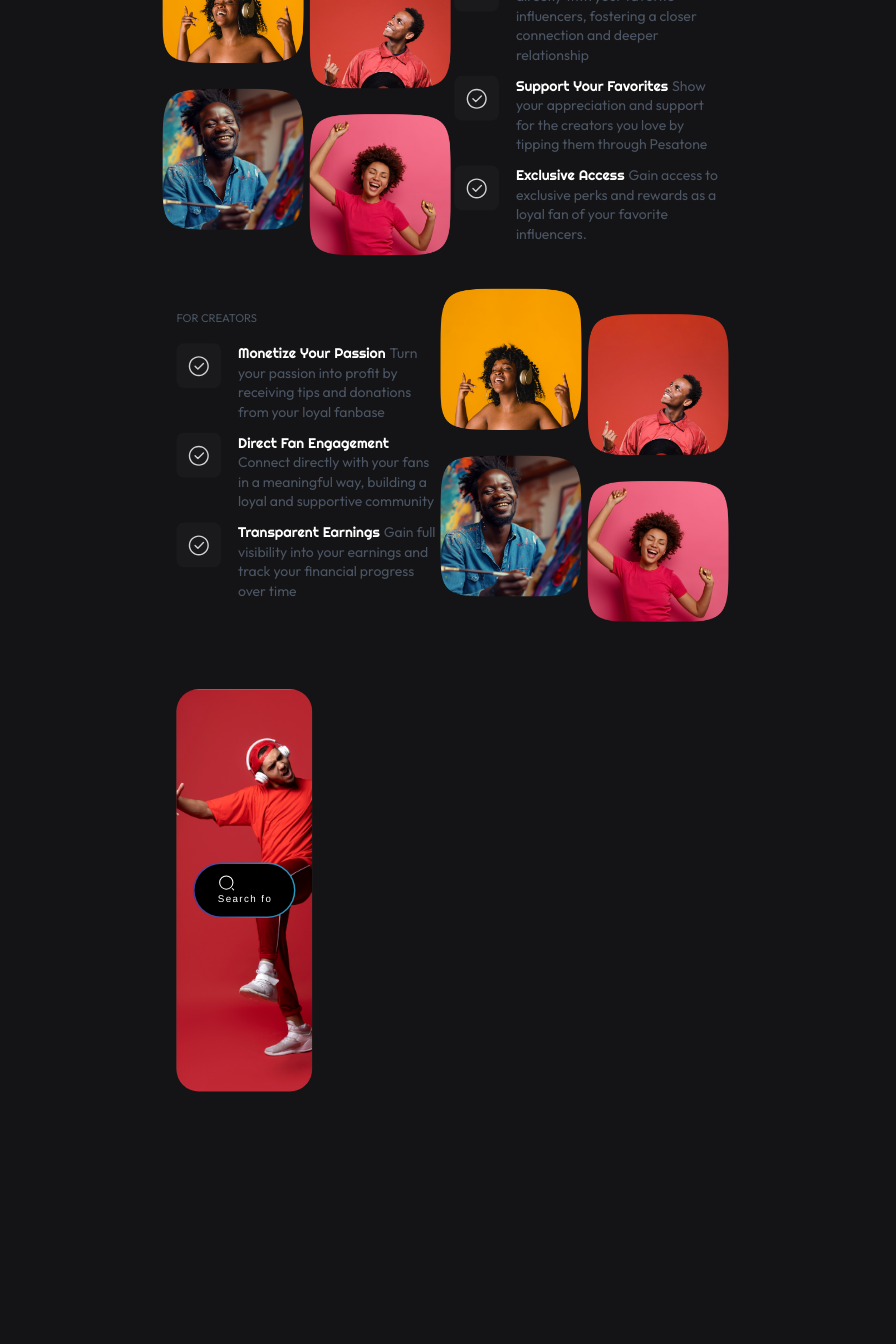
Repository: felixdusengimana/capstone-project-mirror
Page: / (app in frontend/)
These files come from the project's save history. The page is drawn as it stood at one moment and after the next save; the edit follows.
The browser window is 1280 px wide. The pictures show the part of the page from y = 2035 to 3955 px (the page is 3955 px tall), at 70% of full size.
The project was rebuilt for these pictures with package versions that can differ from the ones it lists, and the page was loaded fresh each time. The framework's server and built-in components were replaced by stand-ins that run in the browser. Also part of the build but not shown: frontend/next.config.mjs.

Above is the page before, as saved 2024-03-11 16:33:03.

### frontend/app/layout.tsx
import type { Metadata } from "next";
import { Righteous, Outfit } from "next/font/google";
import "./globals.css";

const outfit = Outfit({ subsets: ["latin"], variable: "--font-outfit" });
const righteous = Righteous({
  subsets: ["latin"],
  variable: "--font-righteous",
  weight: "400",
});

export const metadata: Metadata = {
  title: "Pesatone - Search and gift your favorite creators",
  description:
    "A place where fans show gratitude to the African content creators they love!",
};

export default function RootLayout({
  children,
}: Readonly<{
  children: React.ReactNode;
}>) {
  return (
    <html lang="en">
      <body className={`${outfit.variable} ${righteous.variable} font-sans`}>
        {children}
      </body>
    </html>
  );
}

### frontend/app/page.tsx
import Avatar from "@/components/atoms/Avatar";
import Headline from "@/components/atoms/Headline";
import Card from "@/components/molecules/Card";
import CardIcon from "@/components/molecules/CardIcon";
import Search from "@/components/molecules/Search";
import SmallCard from "@/components/molecules/SmallCard";
import Intro from "@/components/organisms/Intro";
import Navbar from "@/components/organisms/Navbar";
import Image from "next/image";
import React from "react";

export default function page() {
  return (
    <div className="py-[73px]">
      <Navbar />
      <Intro />
      <section className="mt-24 page-padding">
        <div className="max-w-[503px] mx-auto text-center">
          <h5 className="uppercase text-gray-600 mb-4">features</h5>
          <Headline className="text-4xl text-center">
            Unleash Your Influence with Our Exclusive Features
          </Headline>
        </div>
        <div className="grid grid-cols-3 gap-[18px] mt-12">
          <Card title="Secure Transactions" icon="secure">
            Pesatone employs advanced encryption for secure transactions,
            safeguarding you and your fans
          </Card>
          <Card title="Direct Engagement" icon="fast">
            Connect instantly with followers through Pesatone&apos;s
            user-friendly interface, fostering community and stronger
            relationships
          </Card>
          <Card title="Transparent Earnings" icon="dollar">
            Gain clear insight into earnings with Pesatone, easily tracking tips
            and donations for effective financial management
          </Card>
        </div>
      </section>

      <section className="mt-24 page-padding">
        <div className="max-w-[543px] mx-auto text-center">
          <h5 className="uppercase text-gray-600 mb-4">BENEFITS</h5>
          <Headline className="text-4xl text-center">
            Experience the Benefits: Pesatone for Fans and Creators
          </Headline>
        </div>
        <div className="grid grid-cols-2 gap-[18px] mt-12">
          <div className="grid grid-cols-2 w-fit">
            <Avatar
              alt="Profile 1"
              src="/profiles/profile4.png"
              size="2xl"
              circle={false}
              className="ml-[-20px]"
            />
            <Avatar
              alt="Profile 2"
              src={"/profiles/profile3.png"}
              size="2xl"
              circle={false}
              className="mt-[36px]"
            />
            <Avatar
              alt="Profile 3"
              src={"/profiles/profile2.png"}
              size="2xl"
              circle={false}
              className="ml-[-20px]"
            />
            <Avatar
              alt="Profile 4"
              src={"/profiles/profile1.png"}
              size="2xl"
              circle={false}
              className="mt-[36px]"
            />
          </div>
          <div className="flex flex-col justify-center">
            <h5 className="uppercase text-gray-600 mb-6">For Fans</h5>
            <div className="flex flex-col gap-4">
              <SmallCard icon="check" title="Direct Interaction">
                Engage directly with your favorite influencers, fostering a
                closer connection and deeper relationship
              </SmallCard>
              <SmallCard icon="check" title="Support Your Favorites">
                Show your appreciation and support for the creators you love by
                tipping them through Pesatone
              </SmallCard>
              <SmallCard icon="check" title="Exclusive Access ">
                Gain access to exclusive perks and rewards as a loyal fan of
                your favorite influencers.
              </SmallCard>
            </div>
          </div>
        </div>

        <div className="grid grid-cols-2 gap-[18px]  mt-12">
          <div className="flex flex-col justify-center">
            <h5 className="uppercase text-gray-600 mb-6">For creators</h5>
            <div className="flex flex-col gap-4">
              <SmallCard icon="check" title="Monetize Your Passion">
                Turn your passion into profit by receiving tips and donations
                from your loyal fanbase
              </SmallCard>
              <SmallCard icon="check" title="Direct Fan Engagement">
                Connect directly with your fans in a meaningful way, building a
                loyal and supportive community
              </SmallCard>
              <SmallCard icon="check" title="Transparent Earnings">
                Gain full visibility into your earnings and track your financial
                progress over time
              </SmallCard>
            </div>
          </div>
          <div className="grid grid-cols-2 ml-auto w-fit">
            <Avatar
              alt="Profile 1"
              src="/profiles/profile4.png"
              size="2xl"
              circle={false}
              className="ml-[-20px]"
            />
            <Avatar
              alt="Profile 2"
              src={"/profiles/profile3.png"}
              size="2xl"
              circle={false}
              className="mt-[36px]"
            />
            <Avatar
              alt="Profile 3"
              src={"/profiles/profile2.png"}
              size="2xl"
              circle={false}
              className="ml-[-20px]"
            />
            <Avatar
              alt="Profile 4"
              src={"/profiles/profile1.png"}
              size="2xl"
              circle={false}
              className="mt-[36px]"
            />
          </div>
        </div>
      </section>

      <section className="mt-24 page-padding">
        <div className="grid grid-cols-4 grid-rows-3 min-h-[862px]">
          <div className="bg-[url('/creator-bg.png')] bg-cover bg-no-repeat row-span-2 bg-red-400 rounded-[32px] px-6 flex items-center justify-center">
            <Search className="button-border-gradient" />
          </div>
        </div>
      </section>
    </div>
  );
}

### frontend/app/globals.css
@tailwind base;
@tailwind components;
@tailwind utilities;

:root {
  --bg: #141416;
  --bg-hover: #232326;
  --secondary-color: #17171A;
  --foreground-rgb: 0, 0, 0;
  --background-start-rgb: 214, 219, 220;
  --background-end-rgb: 255, 255, 255;
}

@media (prefers-color-scheme: dark) {
  :root {
    --foreground-rgb: 255, 255, 255;
    --background-start-rgb: 0, 0, 0;
    --background-end-rgb: 0, 0, 0;
  }
}

body {
  background: var(--bg);
  color: rgb(var(--foreground-rgb));
}

@layer utilities {
  .text-balance {
    text-wrap: balance;
  }
}

.page-padding {
  padding: 0 252px;
}

.button-border-gradient {
  border: none;
  display: inline-block;
  border-radius: 99px;
  color: white;
  position: relative;
  z-index: 1;
  font-size: 14px;
  padding: 17px 35px;
  font-weight: 100;
  text-transform: uppercase;
  font-family: "Helvetica Neue", Helvetica, Arial, sans-serif;
  letter-spacing: 2px;
}

.button-border-gradient:before,
.button-border-gradient:after {
  content: ' ';
  position: absolute;
  border-radius: 99px;
}

.button-border-gradient:before {
  top: 0;
  left: 0;
  bottom: 0;
  right: 0;
  z-index: -2;
  background: #503b9a;
  background: -moz-linear-gradient(left, #503b9a 0%, #269cc1 100%);
  background: -webkit-gradient(linear, left top, right top, color-stop(0%, #503b9a), color-stop(100%, #269cc1));
  background: -webkit-linear-gradient(left, #503b9a 0%, #269cc1 100%);
  background: -o-linear-gradient(left, #503b9a 0%, #269cc1 100%);
  background: -ms-linear-gradient(left, #503b9a 0%, #269cc1 100%);
  background: linear-gradient(to right, #503b9a 0%, #269cc1 100%);
  filter: progid:DXImageTransform.Microsoft.gradient(startColorstr='#503b9a', endColorstr='#269cc1', GradientType=1);
}

.button-border-gradient:after {
  top: 2px;
  bottom: 2px;
  left: 2px;
  right: 2px;
  background-color: black;
  z-index: -1;
  opacity: 1;
  transition: all 0.6s ease-in-out;
}

.button-border-gradient:hover:after {
  opacity: 0;
}

### frontend/components/atoms/Avatar.tsx
/* eslint-disable @next/next/no-img-element */
import { ComponentProps } from "react";
import Icon from "./Icon";

interface AvatarProps extends ComponentProps<"div"> {
  src: string;
  alt?: string;
  size?: "sm" | "md" | "lg" | "xl" | "2xl";
  circle?: boolean;
  bordered?: boolean;
  fallBackText?: string;
}
export default function Avatar({ ...props }: AvatarProps) {
  const {
    src,
    alt,
    size = "sm",
    circle = true,
    fallBackText,
    bordered,
    ...rest
  } = props;

  const sizeClasses = {
    sm: "w-10 h-10",
    md: "w-12 h-12",
    lg: "w-16 h-16",
    xl: "w-[150px] h-[150px]",
    "2xl": "w-[202px] h-[202px]",
  };

  return (
    <div
      {...rest}
      className={`${src ? "bg-transparent" : "bg-gray-100"} ${
        circle ? "rounded-full" : "rounded"
      } ${bordered ? "border-2 border-white" : ""} ${sizeClasses[size]} ${
        rest.className
      } flex items-center justify-center overflow-hidden`}
    >
      {src ? (
        <img
          src={src}
          alt={alt}
          className={`w-full ${sizeClasses[size]} object-cover`}
        />
      ) : fallBackText ? (
        fallBackText
      ) : (
        <Icon name="user" />
      )}
    </div>
  );
}

### frontend/components/atoms/Headline.tsx
import { ComponentProps } from "react";

interface HeadlineProps extends ComponentProps<"h1"> {}

export default function Headline({ ...props }: HeadlineProps) {
  return (
    <div className={`font-mono text-white ${props.className}`}>
      {props.children}
    </div>
  );
}

### frontend/components/molecules/Card.tsx
import { ComponentProps } from "react";
import { IconNames } from "../atoms/Icon";
import Headline from "../atoms/Headline";
import CardIcon from "./CardIcon";

interface CardProps extends ComponentProps<"div"> {
  icon?: IconNames;
  title?: string;
}

export default function Card({ ...props }: CardProps) {
  const { icon, title, ...rest } = props;
  return (
    <div {...rest} className={`bg-[#171719] p-8 rounded-[23px]`}>
      {icon && <CardIcon icon={icon} />}
      <Headline className="text-2xl font-normal mt-6">{title}</Headline>
      <p
        className={`text-gray-600 font-normal text-xl mt-4 max-w-[333px] ${props.className}`}
      >
        {props.children}
      </p>
    </div>
  );
}

### frontend/components/molecules/Search.tsx
"use client";
import { ComponentProps, useEffect, useState } from "react";
import Icon from "../atoms/Icon";

interface SearchProps extends ComponentProps<"div"> {
  placeholder?: string;
  onSearch?: (query: string) => void;
  onClear?: () => void;
}
export default function Search({
  placeholder = "Search for creators",
  onSearch,
  onClear,
  ...props
}: SearchProps) {
  const [query, setQuery] = useState("");

  // return value after 300ms
  useEffect(
    () => {
      const timer = setTimeout(() => {
        onSearch?.(query);
      }, 300);
      return () => clearTimeout(timer);
    },
    // eslint-disable-next-line react-hooks/exhaustive-deps
    [query]
  );

  return (
    <div
      {...props}
      className={`flex bg-[#2C2C3033] px-5 py-4 gap-4 rounded-full ${props.className}`}
    >
      <Icon name="search" onClick={() => onSearch?.(query)} />
      <input
        disabled
        type="text"
        placeholder={placeholder}
        className="w-full text-white placeholder:text-white bg-transparent outline-none"
        onChange={(e) => setQuery(e.target.value)}
      />
    </div>
  );
}

### frontend/components/molecules/SmallCard.tsx
import { ComponentProps } from "react";
import { IconNames } from "../atoms/Icon";
import CardIcon from "./CardIcon";

interface SmallCardProps extends ComponentProps<"div"> {
  icon: IconNames;
  title: string;
}

export default function SmallCard({ ...props }: SmallCardProps) {
  return (
    <div className="flex gap-6">
      <CardIcon icon={props.icon} />
      <p className="text-gray-600 font-normal text-xl">
        <span className="text-white font-mono">{props.title} </span>
        {props.children}
      </p>
    </div>
  );
}

### frontend/components/organisms/Intro.tsx
"use client";

import Headline from "@/components/atoms/Headline";
import Search from "@/components/molecules/Search";
import DownloadApp from "../molecules/DownloadApp";

export default function Intro() {
  return (
    <div className="grid grid-cols-2 pl-[252px]">
      <div className="mt-40">
        <Headline className="text-[64px] leading-[79.47px]">
          Search and gift your favorite creators
        </Headline>
        <p className="text-xl text-gray-600 max-w-[535px] mt-5">
          A place where fans show gratitude to the African content creators they
          love!
        </p>
        <Search className="max-w-[502px] mt-10" />

        <p className="text-gray-600 mt-24 text-base">
          Trusted Users <br />
          Rated 4.5 by 700K+ Customers
        </p>
        <div className="flex gap-6 mt-6">
          <DownloadApp os="android" />
          <DownloadApp os="ios" className="px-[42px]" />
        </div>
      </div>
      <div className="h-full w-full">
        {/* eslint-disable-next-line @next/next/no-img-element */}
        <img src="./home-bg.png" alt="" className="w-full h-full" />
      </div>
    </div>
  );
}

### frontend/components/organisms/Navbar.tsx
import Image from "next/image";
import Button from "../atoms/Button";
import Link from "next/link";

export default function Navbar() {
  return (
    <div className="page-padding flex justify-between items-center">
      <Link href={"/"} className="flex  items-center gap-2">
        <Image
          src="/logo-white.png"
          alt="PESATONElogo"
          width={40}
          height={40}
        />
        <p className="text-sm">ESATONE</p>
      </Link>
      <div className="flex items-center gap-6">
        <Link href={"/login"}>
          <Button variant="secondary" className="px-12">
            Login
          </Button>
        </Link>
        <Link href={"/join"}>
          <Button variant="white" className="font-semibold">
            Sign up free
          </Button>
        </Link>
      </div>
    </div>
  );
}

### frontend/components/molecules/CardIcon.tsx
import React from "react";
import Icon, { IconNames } from "../atoms/Icon";

export default function CardIcon({ icon }: { icon: IconNames }) {
  return (
    <div className="w-16 min-w-[64px] h-16 rounded-[11px] bg-[#1A1A1C] flex items-center justify-center">
      <Icon name={icon} />
    </div>
  );
}

### frontend/components/molecules/DownloadApp.tsx
import { ComponentProps } from "react";
import Icon from "../atoms/Icon";

interface DownloadAppProps extends ComponentProps<"div"> {
  os: "android" | "ios";
}

export default function DownloadApp({ os, ...props }: DownloadAppProps) {
  return (
    <div
      {...props}
      className={`flex items-center gap-4 px-10 py-4 border border-[#202024] bg-[#202024] rounded-full cursor-pointer min-w-[202.09px]`}
    >
      <Icon name={os == "android" ? "google-play" : "apple-store"} />
      <div>
        <p className="text-[#DBDBDB] font-medium text-[10px]">
          {os == "android" ? "Get it On" : "Download on the"}
        </p>
        <h3 className="text-[#DBDBDB] font-bold text-sm">
          {os == "android" ? "Google Play" : "App Store"}
        </h3>
      </div>
    </div>
  );
}

### frontend/components/atoms/Button.tsx
import { ComponentProps } from "react";

interface ButtonProps extends ComponentProps<"button"> {
  variant?: "dark" | "white" | "blurred" | "secondary";
  size?: "sm" | "md" | "lg";
  bordered?: boolean;
}

export default function Button({ ...props }: ButtonProps) {
  const { variant = "dark", size = "md", bordered = false } = props;

  const variantClasses = {
    dark: "bg-black text-white",
    white: "bg-white text-black",
    secondary: "bg-secondary text-white",
    blurred: "bg-blurred text-white",
  };

  const sizeClasses = {
    sm: "px-2 py-1",
    md: "px-8 py-4",
    lg: "px-6 py-3",
  };

  const borderClasses = bordered ? "border border-black" : "";

  return (
    <button
      {...props}
      className={`text-xl font-normal rounded-full ${variantClasses[variant]} ${sizeClasses[size]} ${borderClasses} ${props.className}`}
    >
      {props.children}
    </button>
  );
}

### frontend/tailwind.config.ts
import type { Config } from "tailwindcss";

const config: Config = {
  content: [
    "./pages/**/*.{js,ts,jsx,tsx,mdx}",
    "./components/**/*.{js,ts,jsx,tsx,mdx}",
    "./app/**/*.{js,ts,jsx,tsx,mdx}",
  ],
  theme: {
    extend: {
      // backgroundImage: {
      //   "gradient-radial": "radial-gradient(var(--tw-gradient-stops))",
      //   "gradient-conic":
      //     "conic-gradient(from 180deg at 50% 50%, var(--tw-gradient-stops))",
      // },
      fontFamily: {
        sans: ["var(--font-outfit)"],
        mono: ["var(--font-righteous)"],
      },
      colors: {
        secondary: "var(--secondary-color)",
      },
    },
  },
  plugins: [],
};
export default config;

Loaded but not shown: frontend/components/atoms/Icon.tsx (241 lines, source omitted)

After the next save:
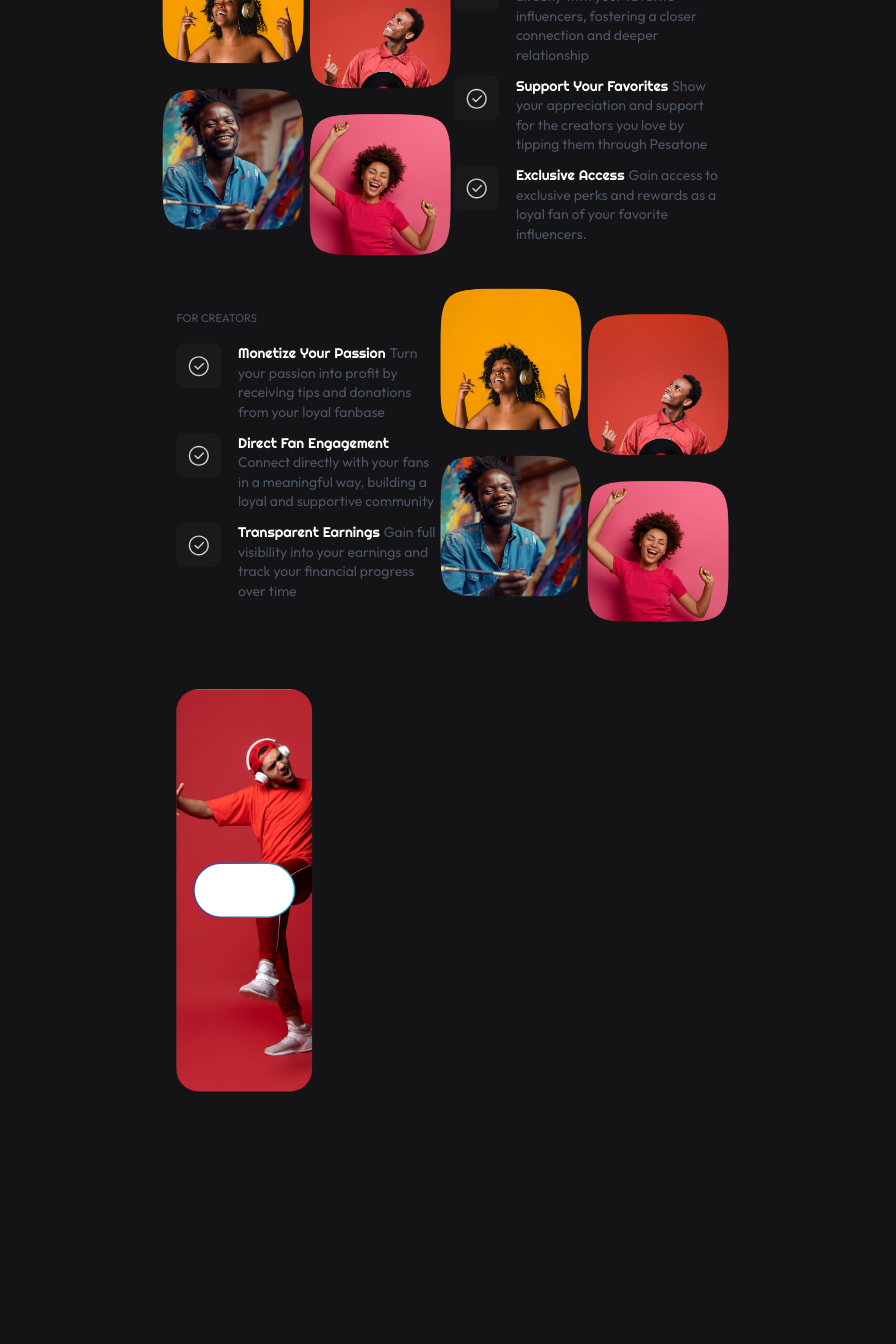
Saved 28 s later.
--- a/frontend/app/globals.css
+++ b/frontend/app/globals.css
@@ -77,7 +77,7 @@ body {
   bottom: 2px;
   left: 2px;
   right: 2px;
-  background-color: black;
+  background-color: white;
   z-index: -1;
   opacity: 1;
   transition: all 0.6s ease-in-out;
